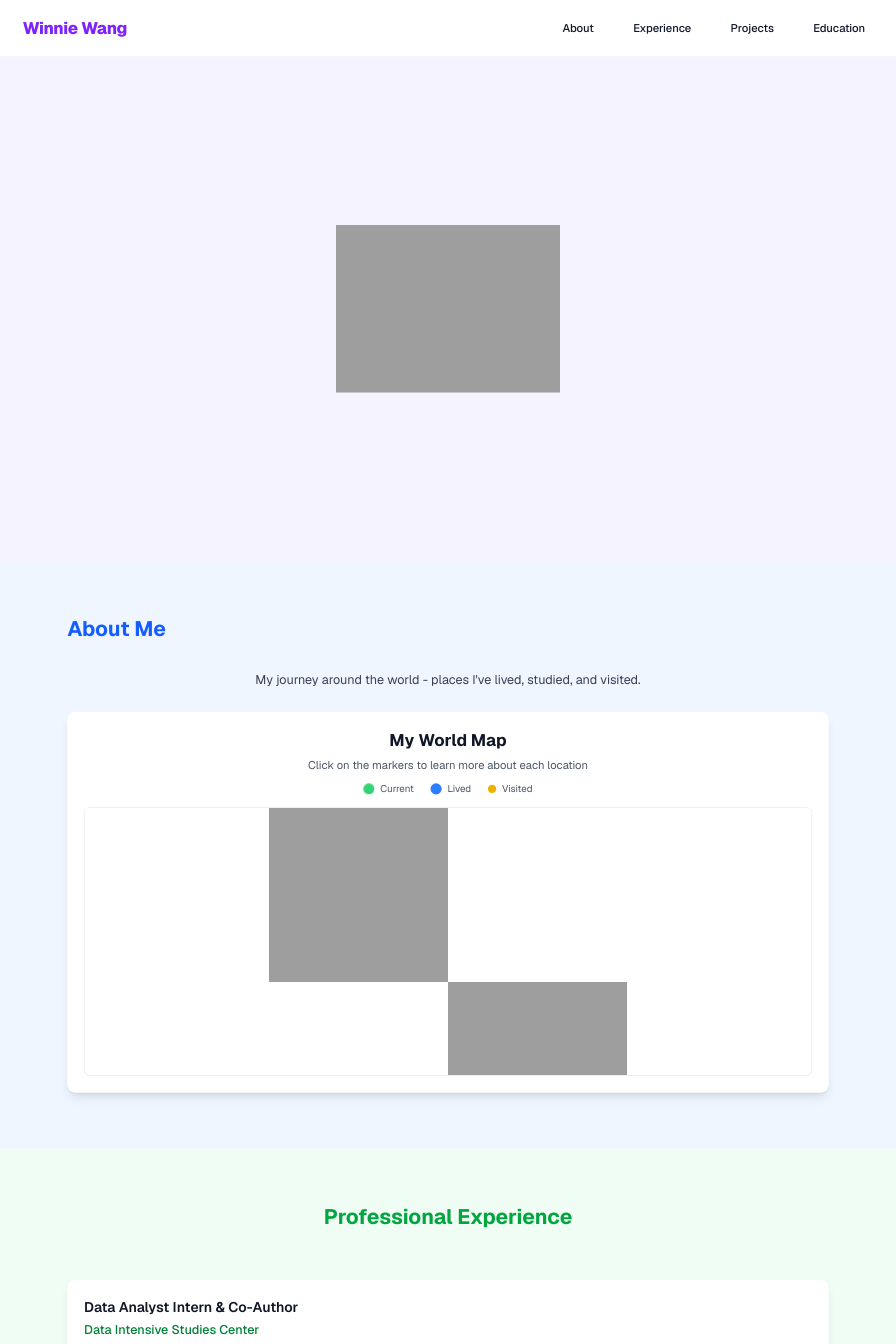
Repository: winniewyl/personal-portfolio
Page: /
The author's editor kept a copy of each file at every save. The page is drawn from the files as they stood at one save, then again after the next save.
The browser window is 1280 px wide. The pictures show the part of the page from y = 0 to 1920 px (the page is 4049 px tall), at 70% of full size.
Pictures or frames that could not be fetched are drawn as grey boxes. The project was rebuilt for these pictures with package versions that can differ from the ones it lists, and the page was loaded fresh each time. The framework's server and built-in components were replaced by stand-ins that run in the browser. Also part of the build but not shown: next.config.ts.

Above is the page before, as saved 2025-07-31 11:08:01.

### src/app/globals.css
@import 'tailwindcss';

:root {
  --background: #ffffff;
  --foreground: #171717;
}

@theme inline {
  --color-background: var(--background);
  --color-foreground: var(--foreground);
  --font-sans: var(--font-geist-sans);
  --font-mono: var(--font-geist-mono);
}

@media (prefers-color-scheme: dark) {
  :root {
    --background: #0a0a0a;
    --foreground: #ededed;
  }
}

html {
  scroll-behavior: smooth;
}

body {
  background: var(--background);
  color: var(--foreground);
  font-family: Arial, Helvetica, sans-serif;
}

/* Staggered Animation for Experience Cards */
@keyframes fade-in-up {
  from {
    opacity: 0;
    transform: translateY(2rem);
  }
  to {
    opacity: 1;
    transform: translateY(0);
  }
}

.animate-fade-in-up {
  animation: fade-in-up 0.8s ease-out;
}

/* Pulse animation for current location marker */
@keyframes pulse {
  0%, 100% {
    opacity: 1;
  }
  50% {
    opacity: 0.5;
  }
}

### src/components/About.tsx
'use client';

import React, { useState, useEffect } from 'react';
import dynamic from 'next/dynamic';

// Dynamically import Leaflet components with SSR disabled
const MapContainer = dynamic(
  () => import('react-leaflet').then((mod) => mod.MapContainer),
  { ssr: false }
);

const TileLayer = dynamic(
  () => import('react-leaflet').then((mod) => mod.TileLayer),
  { ssr: false }
);

const Marker = dynamic(
  () => import('react-leaflet').then((mod) => mod.Marker),
  { ssr: false }
);

const Popup = dynamic(() => import('react-leaflet').then((mod) => mod.Popup), {
  ssr: false,
});

// Dynamically import Leaflet CSS and L
let L: any = null;
let leafletCSSLoaded = false;

interface TravelLocation {
  id: string;
  name: string;
  country: string;
  coordinates: [number, number]; // [latitude, longitude]
  type: 'visited' | 'lived' | 'current';
  description?: string;
}

// You can add your visited countries and cities here
const travelLocations: TravelLocation[] = [
  // China - Lived
  {
    id: 'nanchang',
    name: 'Nanchang',
    country: 'China',
    coordinates: [28.682, 115.8579],
    type: 'lived',
    description: 'My hometown where I grew up',
  },
  {
    id: 'beijing',
    name: 'Beijing',
    country: 'China',
    coordinates: [39.9042, 116.4074],
    type: 'visited',
    description: 'Capital city of China',
  },
  {
    id: 'shanghai',
    name: 'Shanghai',
    country: 'China',
    coordinates: [31.2304, 121.4737],
    type: 'visited',
    description: 'Major financial and cultural center',
  },

  // USA - Lived and Current
  {
    id: 'boston',
    name: 'Boston',
    country: 'USA',
    coordinates: [42.3601, -71.0589],
    type: 'lived',
    description: 'Studied at Tufts University',
  },
  {
    id: 'west-lafayette',
    name: 'West Lafayette',
    country: 'USA',
    coordinates: [40.4237, -86.9212],
    type: 'current',
    description: 'Currently studying at Purdue University',
  },
  {
    id: 'new-york',
    name: 'New York',
    country: 'USA',
    coordinates: [40.7128, -74.006],
    type: 'visited',
    description: 'The Big Apple - visited for tourism',
  },
  {
    id: 'san-francisco',
    name: 'San Francisco',
    country: 'USA',
    coordinates: [37.7749, -122.4194],
    type: 'visited',
    description: 'Tech hub and cultural center',
  },

  // Australia - Visited
  {
    id: 'sydney',
    name: 'Sydney',
    country: 'Australia',
    coordinates: [-33.8688, 151.2093],
    type: 'visited',
    description: 'Beautiful harbor city and iconic Opera House',
  },
  {
    id: 'melbourne',
    name: 'Melbourne',
    country: 'Australia',
    coordinates: [-37.8136, 144.9631],
    type: 'visited',
    description: 'Cultural capital with great food scene',
  },

  // Switzerland - Visited
  {
    id: 'zurich',
    name: 'Zurich',
    country: 'Switzerland',
    coordinates: [47.3769, 8.5417],
    type: 'visited',
    description: 'Financial hub and cultural center',
  },
  {
    id: 'geneva',
    name: 'Geneva',
    country: 'Switzerland',
    coordinates: [46.2044, 6.1432],
    type: 'visited',
    description: 'International city with beautiful lake views',
  },

  // France - Visited
  {
    id: 'paris',
    name: 'Paris',
    country: 'France',
    coordinates: [48.8566, 2.3522],
    type: 'visited',
    description: 'City of Light - art, culture, and history',
  },
  {
    id: 'nice',
    name: 'Nice',
    country: 'France',
    coordinates: [43.7102, 7.262],
    type: 'visited',
    description: 'Beautiful French Riviera city',
  },
];

const About: React.FC = () => {
  const [selectedLocation, setSelectedLocation] =
    useState<TravelLocation | null>(null);
  const [isMapLoaded, setIsMapLoaded] = useState(false);

  useEffect(() => {
    // Load Leaflet L on client side
    if (!L) {
      import('leaflet').then((leaflet) => {
        L = leaflet.default;

        // Fix for default markers in react-leaflet
        delete (L.Icon.Default.prototype as any)._getIconUrl;
        L.Icon.Default.mergeOptions({
          iconRetinaUrl:
            'https://cdnjs.cloudflare.com/ajax/libs/leaflet/1.7.1/images/marker-icon-2x.png',
          iconUrl:
            'https://cdnjs.cloudflare.com/ajax/libs/leaflet/1.7.1/images/marker-icon.png',
          shadowUrl:
            'https://cdnjs.cloudflare.com/ajax/libs/leaflet/1.7.1/images/marker-shadow.png',
        });

        setIsMapLoaded(true);
      });
    } else {
      setIsMapLoaded(true);
    }
  }, []);

  const handleLocationClick = (location: TravelLocation) => {
    setSelectedLocation(location);
  };

  const getMarkerColor = (type: string) => {
    switch (type) {
      case 'current':
        return '#10B981'; // green-500
      case 'lived':
        return '#3B82F6'; // blue-500
      case 'visited':
        return '#F59E0B'; // yellow-500
      default:
        return '#6B7280'; // gray-500
    }
  };

  const getMarkerSize = (type: string) => {
    switch (type) {
      case 'current':
        return 20;
      case 'lived':
        return 16;
      case 'visited':
        return 12;
      default:
        return 12;
    }
  };

  // Create custom markers
  const createCustomIcon = (type: string) => {
    const color = getMarkerColor(type);
    const size = getMarkerSize(type);

    return L.divIcon({
      html: `
        <div style="
          width: ${size}px;
          height: ${size}px;
          background-color: ${color};
          border: 2px solid white;
          border-radius: 50%;
          box-shadow: 0 2px 4px rgba(0,0,0,0.3);
          display: flex;
          align-items: center;
          justify-content: center;
          ${type === 'current' ? 'animation: pulse 2s infinite;' : ''}
        ">
          <div style="
            width: ${size * 0.25}px;
            height: ${size * 0.25}px;
            background-color: white;
            border-radius: 50%;
          "></div>
        </div>
      `,
      className: 'custom-marker',
      iconSize: [size, size],
      iconAnchor: [size / 2, size / 2],
    });
  };

  return (
    <div className="w-full">
      <h2 className="text-2xl sm:text-3xl font-bold mb-6 sm:mb-8 lg:mb-10 text-blue-600 dark:text-blue-400">
        About Me
      </h2>
      <p className="text-base sm:text-lg text-center text-gray-700 dark:text-gray-300 mb-6 sm:mb-8">
        My journey around the world - places I've lived, studied, and visited.
      </p>

      {/* Interactive World Map */}
      <div className="relative bg-white dark:bg-[#232336] rounded-xl shadow-lg p-4 sm:p-6 w-full">
        <div className="text-center mb-3 sm:mb-4">
          <h3 className="text-xl sm:text-2xl font-bold text-gray-900 dark:text-white mb-2">
            My World Map
          </h3>
          <p className="text-sm sm:text-base text-gray-600 dark:text-gray-400 mb-2 sm:mb-3">
            Click on the markers to learn more about each location
          </p>

          {/* Legend */}
          <div className="flex justify-center space-x-3 sm:space-x-6 text-xs sm:text-sm mb-3 sm:mb-4">
            <div className="flex items-center">
              <div className="w-3 h-3 sm:w-4 sm:h-4 bg-green-500 rounded-full mr-1 sm:mr-2 animate-pulse"></div>
              <span className="text-gray-600 dark:text-gray-400">Current</span>
            </div>
            <div className="flex items-center">
              <div className="w-3 h-3 sm:w-4 sm:h-4 bg-blue-500 rounded-full mr-1 sm:mr-2"></div>
              <span className="text-gray-600 dark:text-gray-400">Lived</span>
            </div>
            <div className="flex items-center">
              <div className="w-2 h-2 sm:w-3 sm:h-3 bg-yellow-500 rounded-full mr-1 sm:mr-2"></div>
              <span className="text-gray-600 dark:text-gray-400">Visited</span>
            </div>
          </div>
        </div>

        {/* Leaflet Map Container */}
        <div className="w-full h-48 sm:h-64 md:h-80 lg:h-96 rounded-lg overflow-hidden border border-gray-200 dark:border-gray-700">
          {isMapLoaded && L ? (
            <MapContainer
              center={[20, 0]}
              zoom={2}
              style={{ height: '100%', width: '100%' }}
              className="z-0"
            >
              <TileLayer
                attribution='&copy; <a href="https://www.openstreetmap.org/copyright">OpenStreetMap</a> contributors'
                url="https://{s}.tile.openstreetmap.org/{z}/{x}/{y}.png"
              />

              {/* Location Markers */}
              {travelLocations.map((location) => (
                <Marker
                  key={location.id}
                  position={location.coordinates}
                  icon={createCustomIcon(location.type)}
                  eventHandlers={{
                    click: () => handleLocationClick(location),
                  }}
                >
                  <Popup>
                    <div className="text-center">
                      <h4 className="font-bold text-gray-900 mb-1">
                        {location.name}
                      </h4>
                      <p className="text-blue-600 font-medium text-sm mb-1">
                        {location.country}
                      </p>
                      {location.description && (
                        <p className="text-gray-700 text-sm">
                          {location.description}
                        </p>
                      )}
                    </div>
                  </Popup>
                </Marker>
              ))}
            </MapContainer>
          ) : (
            <div className="w-full h-full flex items-center justify-center bg-gray-100 dark:bg-gray-800">
              <div className="text-center">
                <div className="animate-spin rounded-full h-8 w-8 border-b-2 border-blue-600 mx-auto mb-2"></div>
                <p className="text-gray-600 dark:text-gray-400">
                  Loading map...
                </p>
              </div>
            </div>
          )}
        </div>
      </div>
    </div>
  );
};

export default About;

Loaded but not shown: src/app/layout.tsx (common file); src/app/page.tsx (635 lines, source omitted)

After the next save:
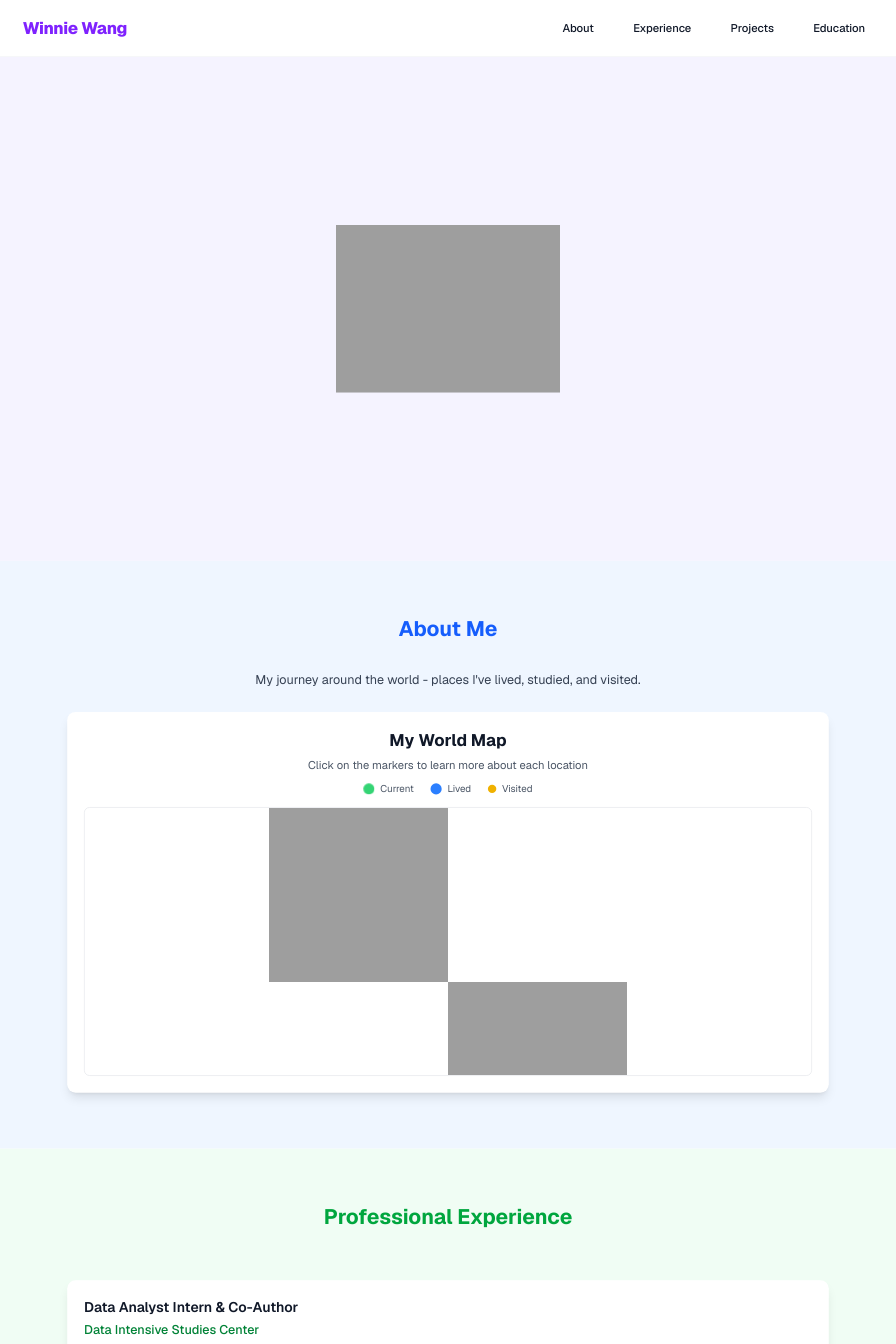
Saved 10 s later.
--- a/src/components/About.tsx
+++ b/src/components/About.tsx
@@ -247,7 +247,7 @@ const About: React.FC = () => {
 
   return (
     <div className="w-full">
-      <h2 className="text-2xl sm:text-3xl font-bold mb-6 sm:mb-8 lg:mb-10 text-blue-600 dark:text-blue-400">
+      <h2 className="text-2xl sm:text-3xl font-bold mb-6 sm:mb-8 lg:mb-10 text-blue-600 dark:text-blue-400 text-center">
         About Me
       </h2>
       <p className="text-base sm:text-lg text-center text-gray-700 dark:text-gray-300 mb-6 sm:mb-8">
